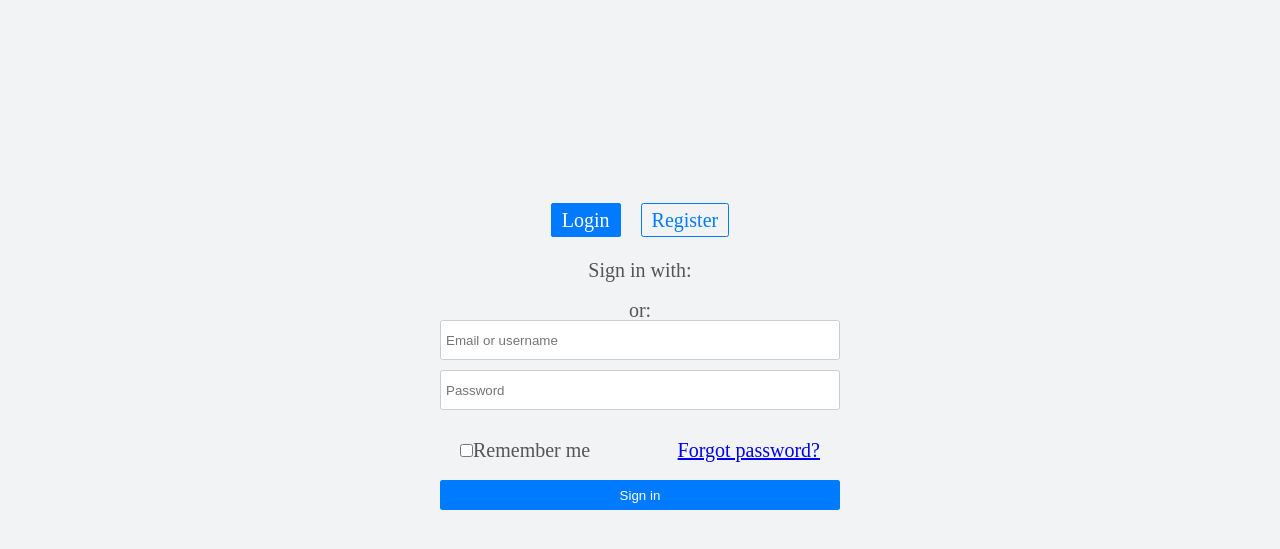
Repository: BitDanceLabels/Bumblebee_BDG
Page: /teacher-timetable
An editor plug-in stored every save of this project. The page is shown before and after the next save, followed by the edit.
The browser window is 1280 px wide. The pictures show the whole page.
The project was rebuilt for these pictures with package versions that can differ from the ones it lists, and the page was loaded fresh each time. Also part of the build but not shown: vite.config.js, src/components/General/Header.jsx, src/components/General/Navbar.jsx, src/components/Dashboard/ScheduleComponent.jsx, src/components/Management/Booking.jsx, src/components/modal/CreateStudentModal.jsx, src/components/Student/ListOfStudent.jsx, src/components/modal/CreateTeacherModal.jsx and 9 more. Imported but missing from the stored project, and not drawn on this page: src/components/modal/DeactiveStudentModal.

Above is the page before, as saved 2024-10-04 18:30:13.

After the next save:
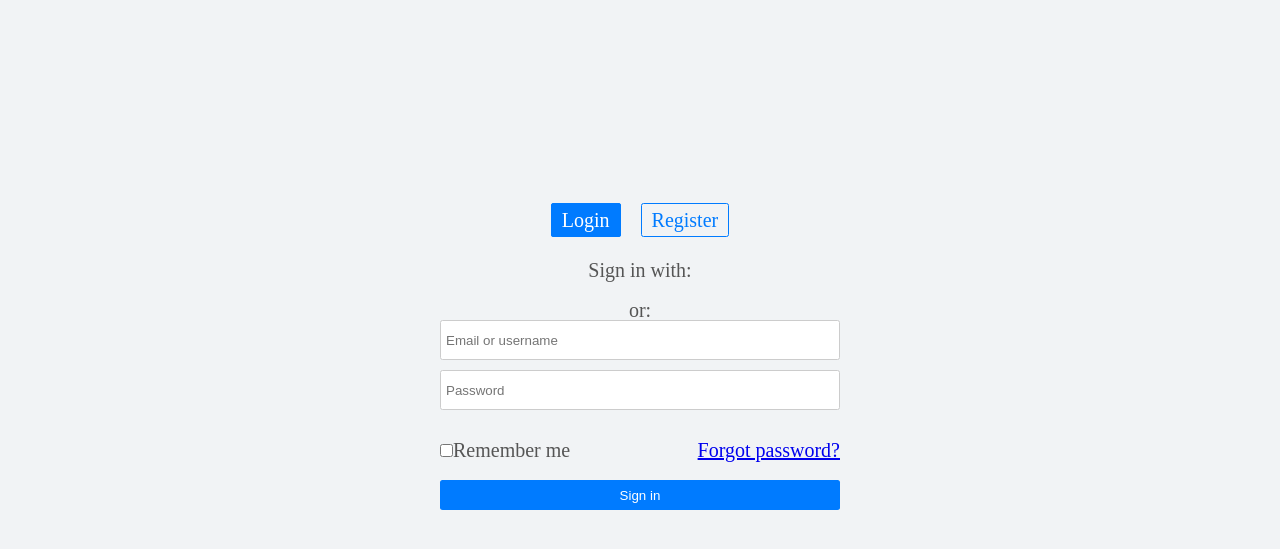
Saved 5 s later.
--- a/src/App.jsx
+++ b/src/App.jsx
@@ -93,7 +93,7 @@ const SocialButton = styled.button`
 const Checkbox = styled.div`
   display: flex;
   justify-content: space-between;
-  margin: 2rem;
+  margin: 2rem 0;
 `
 
 const CheckboxLabel = styled.label`
